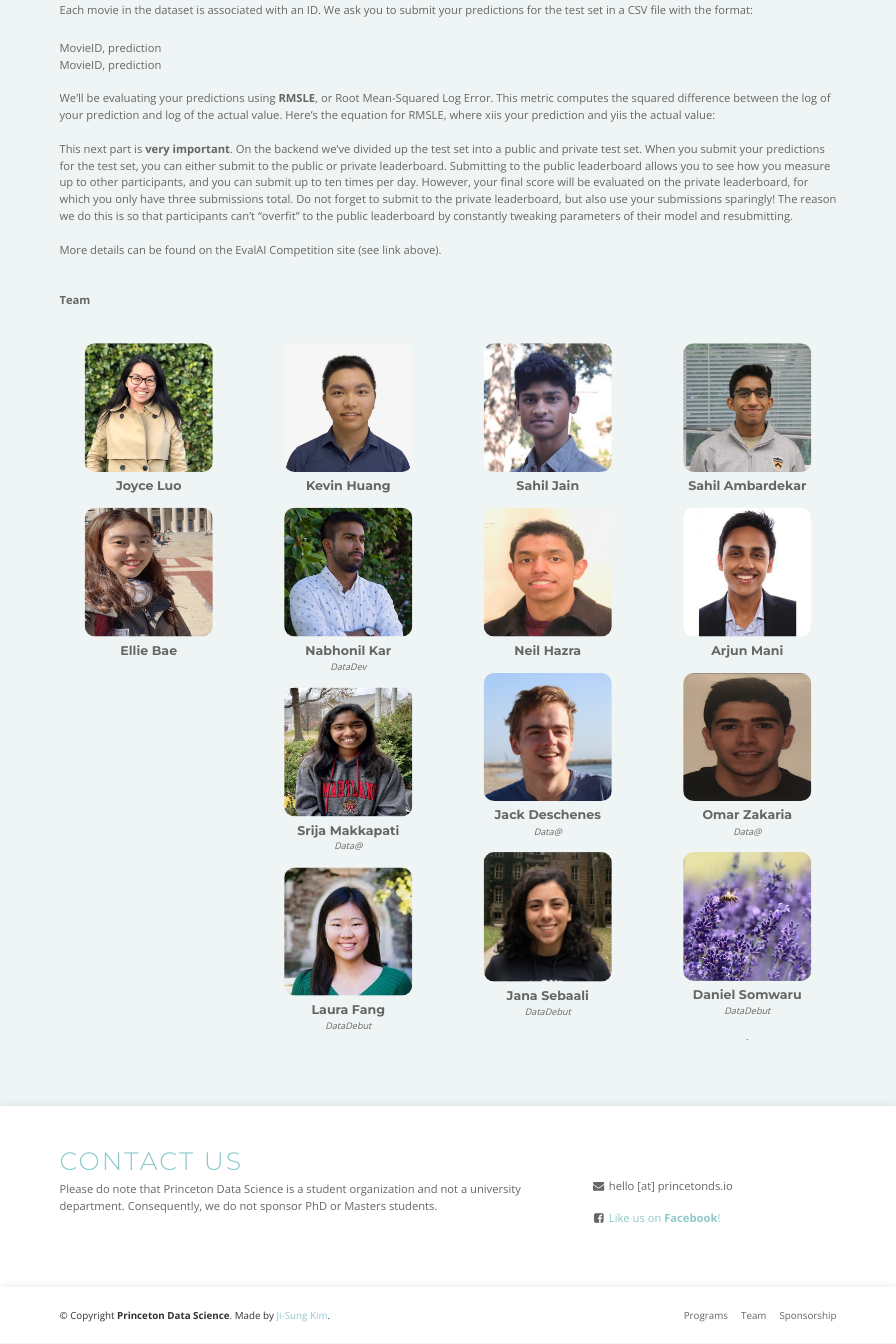
Repository: princetonds/princetonds.github.io
Page: team2.html
An editor plug-in stored every save of this project. The page is shown before and after the next save, followed by the edit.
The browser window is 1280 px wide. The pictures show the part of the page from y = 1965 to 3885 px (the page is 3885 px tall), at 70% of full size.

Above is the page before, as saved 2021-03-20 23:02:28.
Console error: TypeError: Cannot read properties of null (reading 'innerHTML')

After the next save:
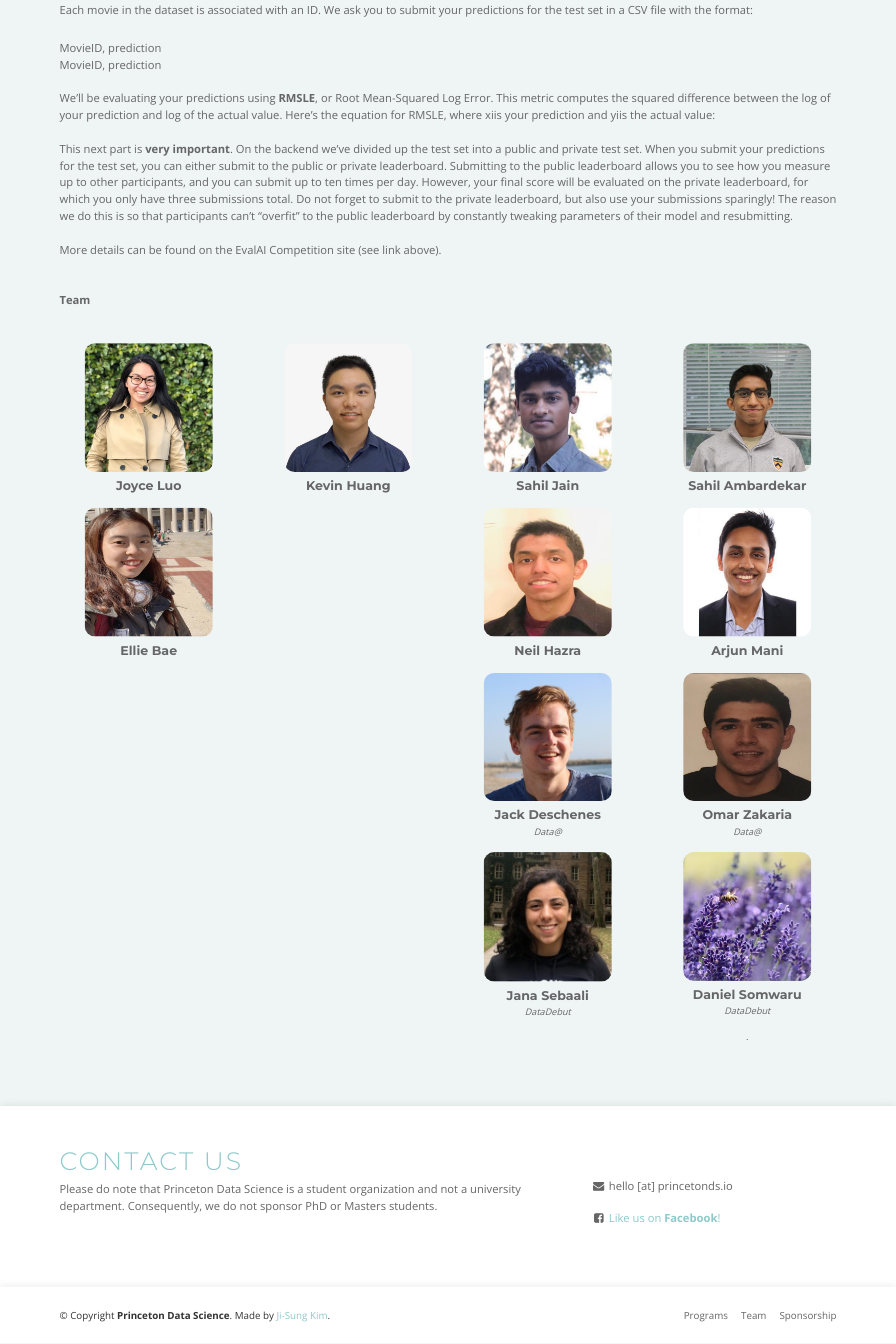
Saved 5 s later.
--- a/team2.html
+++ b/team2.html
@@ -228,33 +228,6 @@
                   </div> -->
                 </div>
 
-                <div class="member2">
-                  <div class="pic"><img src="img/team/nab.jpg" alt=""></div>
-                  <h4>Nabhonil Kar</h4>
-                  <span>DataDev</span>
-                  <!-- <div class="social">
-                    <p class="profile-description">.</p>
-                  </div> -->
-                </div>
-
-                <div class="member2">
-                  <div class="pic"><img src="img/team/srija.jpg" alt=""></div>
-                  <h4>Srija Makkapati</h4>
-                  <span>Data@</span>
-                  <!-- <div class="social">
-                    <p class="profile-description">.</p>
-                  </div> -->
-                </div>
-
-                <div class="member2">
-                  <div class="pic"><img src="img/team/laura.jpg" alt=""></div>
-                  <h4>Laura Fang</h4>
-                  <span>DataDebut</span>
-                  <!-- <div class="social">
-                    <p class="profile-description">.</p>
-                  </div> -->
-                </div>
-
 
 
               </div>

After the save that followed:
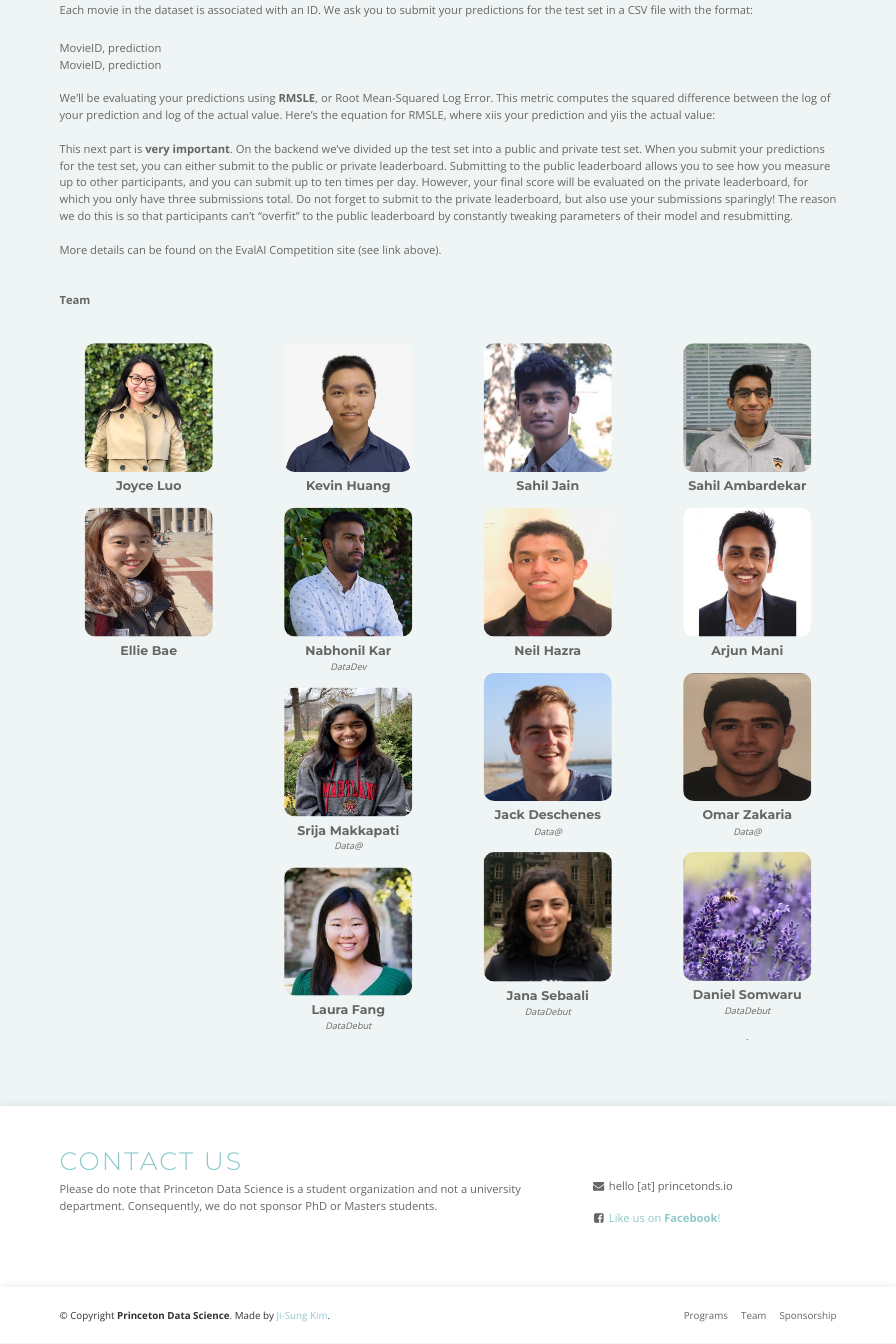
Saved 7 s later.
--- a/team2.html
+++ b/team2.html
@@ -228,6 +228,33 @@
                   </div> -->
                 </div>
 
+                <div class="member2">
+                  <div class="pic"><img src="img/team/nab.jpg" alt=""></div>
+                  <h4>Nabhonil Kar</h4>
+                  <span>DataDev</span>
+                  <!-- <div class="social">
+                    <p class="profile-description">.</p>
+                  </div> -->
+                </div>
+
+                <div class="member2">
+                  <div class="pic"><img src="img/team/srija.jpg" alt=""></div>
+                  <h4>Srija Makkapati</h4>
+                  <span>Data@</span>
+                  <!-- <div class="social">
+                    <p class="profile-description">.</p>
+                  </div> -->
+                </div>
+
+                <div class="member2">
+                  <div class="pic"><img src="img/team/laura.jpg" alt=""></div>
+                  <h4>Laura Fang</h4>
+                  <span>DataDebut</span>
+                  <!-- <div class="social">
+                    <p class="profile-description">.</p>
+                  </div> -->
+                </div>
+
 
 
               </div>
